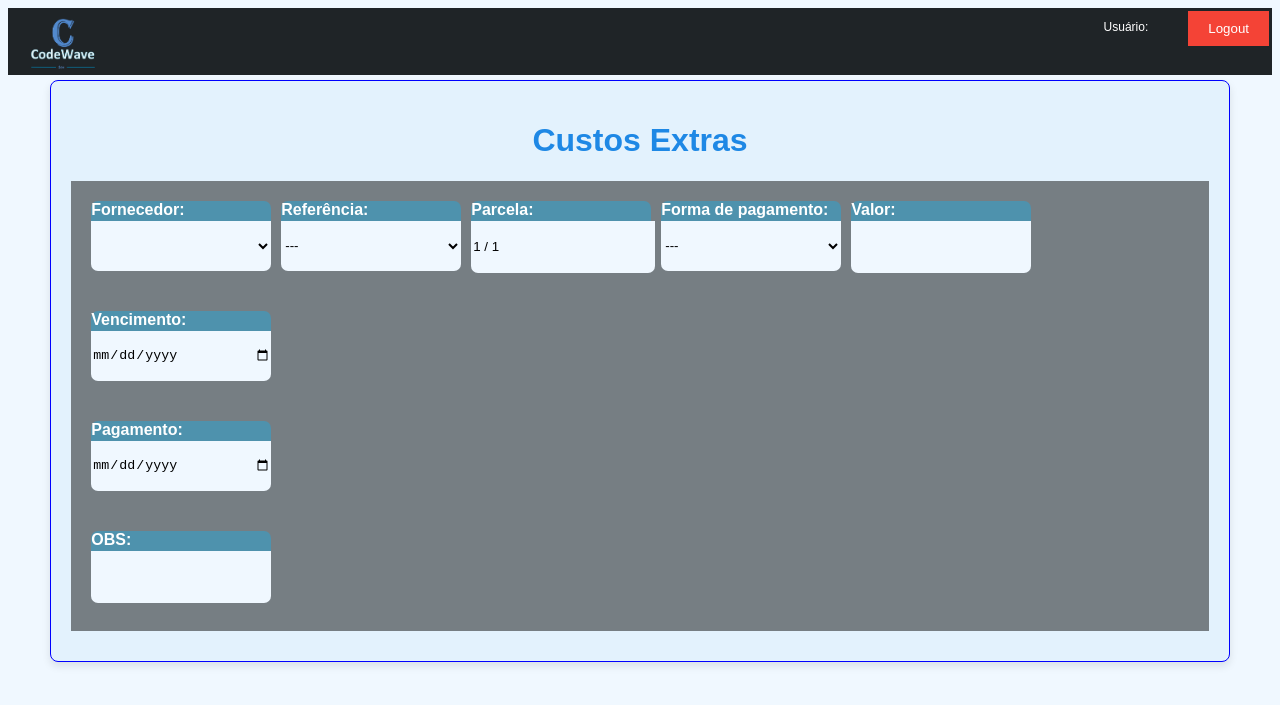
Repository: Romario-Brandao/CodeWave
Page: myproject/loja/templates/outras_despesas.html
An editor plug-in stored every save of this project. The page is shown before and after the next save, followed by the edit.
The browser window is 1280 px wide. The pictures show the whole page.
The template is drawn by Django 5.2. The application's start-up code is not run. The template is opened directly, without the code that normally fills it, so the values that code supplies are empty.

Above is the page before, as saved 2025-03-01 01:20:26.

After the next save:
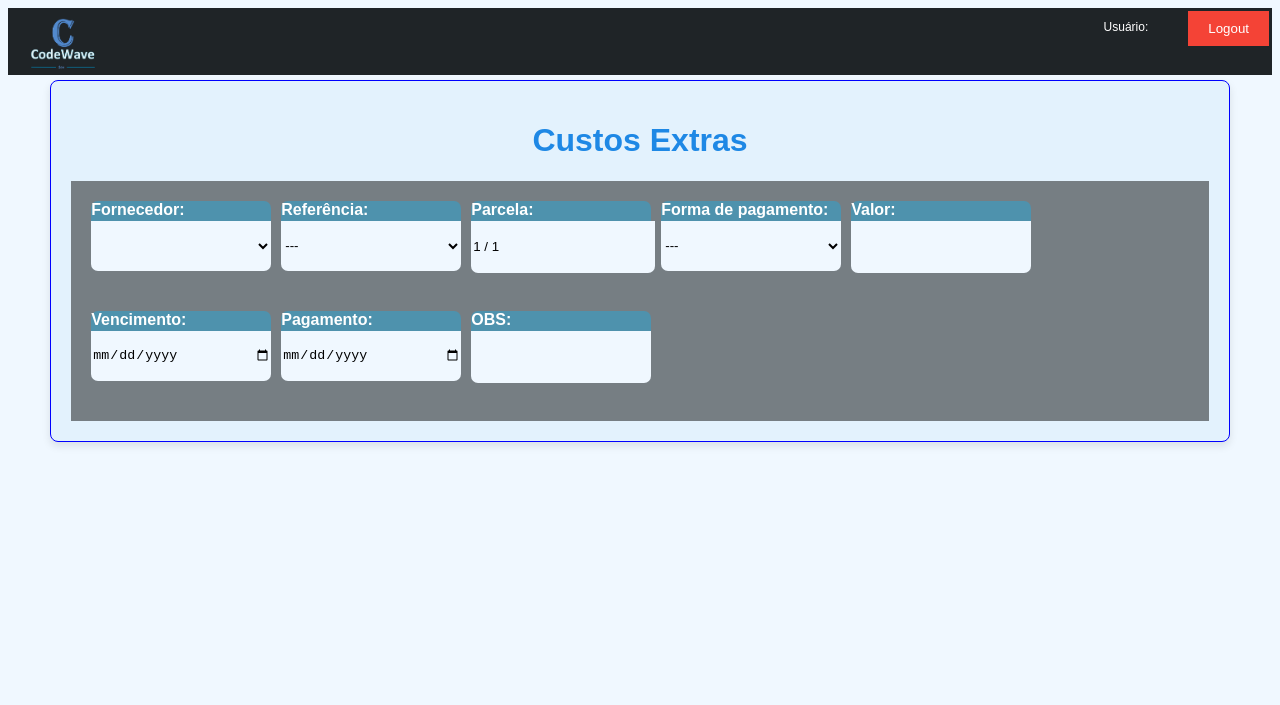
Saved 35 s later.
--- a/myproject/loja/templates/outras_despesas.html
+++ b/myproject/loja/templates/outras_despesas.html
@@ -45,20 +45,22 @@
         <input class="caixa2_parcelas" required name="valor" type="text" value="{{ valor_parcela }}" oninput="this.value=this.value.replace(/[^0-9,]/g, '').replace(/(,.*?)(,.*)/, '$1').replace(/(\d+),(\d{2})(\d.*)/, '$1,$2')">
       </div>
   </div>
-  <div class="caixas_barra_pesquisa_total">
-    <h4 class="nome_caixa_item_parcelas">Vencimento:</h4>
-    <input class="caixa2_parcelas widht_data" required name="vencimento" type="date">
-  </div>
-  <div class="caixas_barra_pesquisa_total">
-    <h4 class="nome_caixa_item_parcelas">Pagamento:</h4>
-    <input class="caixa2_parcelas widht_data" name="pagamento" type="date"
-    name="vencimento">
-  </div>
-  <div class="caixas_barra_pesquisa_total">
-    <h4 class="nome_caixa_item_parcelas">OBS:</h4>
-    <input class="caixa2_parcelas" type="text" name="obs"
-    name="obs">
-  </div>
+  <div style="display: flex;">
+    <div class="caixas_barra_pesquisa_total">
+      <h4 class="nome_caixa_item_parcelas">Vencimento:</h4>
+      <input class="caixa2_parcelas widht_data" required name="vencimento" type="date">
+    </div>
+    <div class="caixas_barra_pesquisa_total">
+      <h4 class="nome_caixa_item_parcelas">Pagamento:</h4>
+      <input class="caixa2_parcelas widht_data" name="pagamento" type="date"
+      name="vencimento">
+    </div>
+    <div class="caixas_barra_pesquisa_total">
+      <h4 class="nome_caixa_item_parcelas">OBS:</h4>
+      <input class="caixa2_parcelas" type="text" name="obs"
+      name="obs">
+    </div>
+
   </div>
 
 </div>
